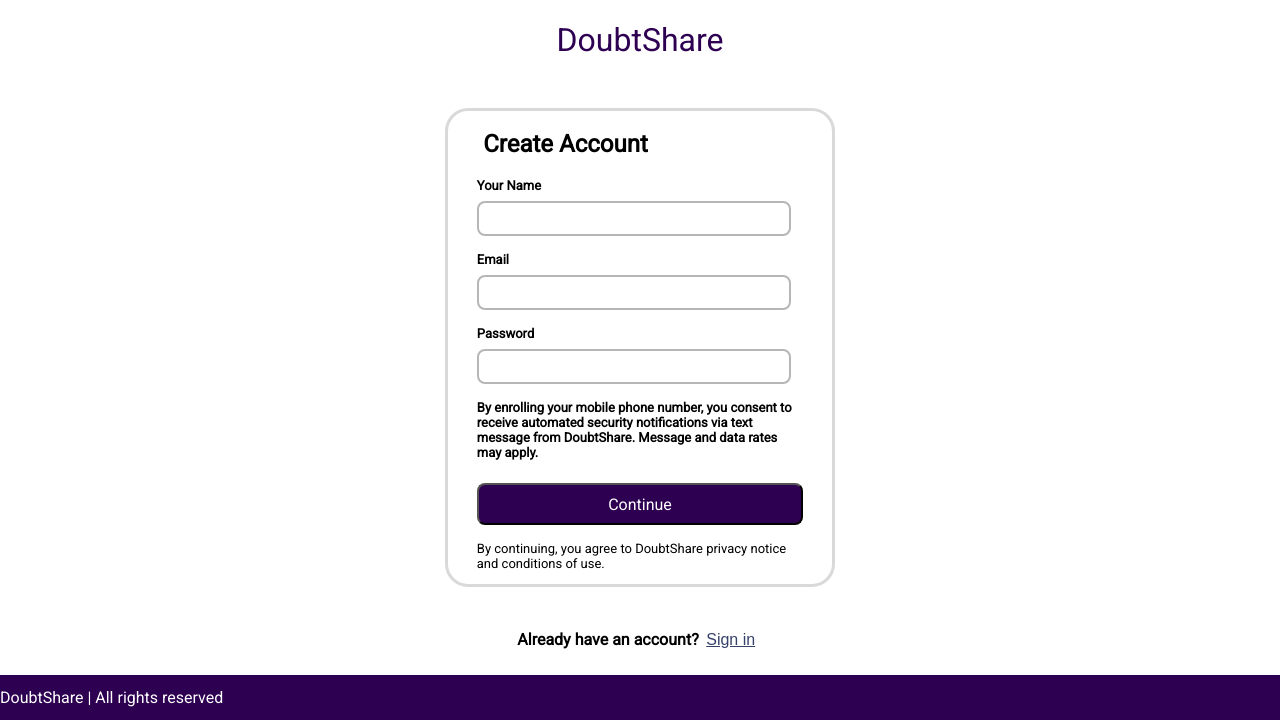
Repository: drumsmanku/doubtshare
Page: /register (app in frontend/)
An editor plug-in stored every save of this project. The page is shown before and after the next save, followed by the edit.
The browser window is 1280 px wide. The pictures show the whole page.
The project was rebuilt for these pictures with package versions that can differ from the ones it lists, and the page was loaded fresh each time. Also part of the build but not shown: frontend/src/App.css, frontend/src/Components/Dashboard/Dashboard.js, frontend/src/Components/Login/Login.js.

Above is the page before, as saved 2023-12-29 23:28:10.

After the next save:
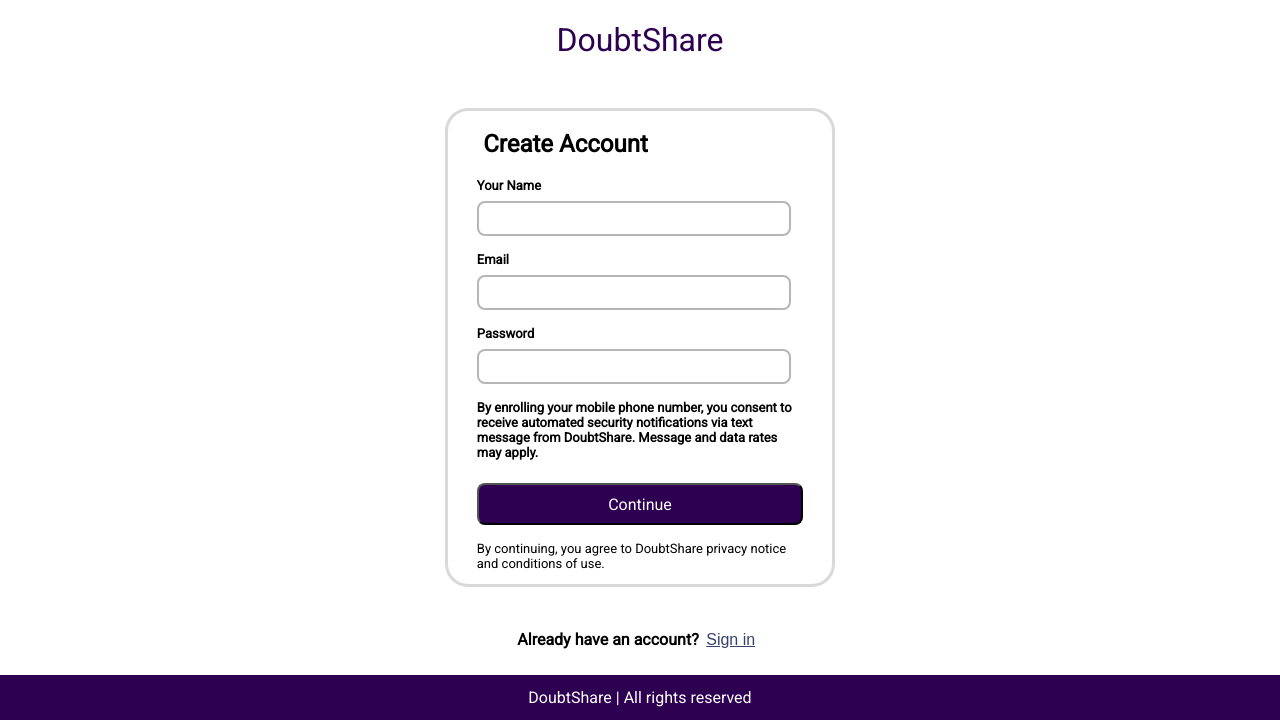
Saved 56 s later.
--- a/frontend/src/Components/Register/Register.js
+++ b/frontend/src/Components/Register/Register.js
@@ -97,7 +97,7 @@ function Register() {
       </form>
       <span style={{fontWeight:'bold', marginTop:'1rem'}}>Already have an account?<button style={{background:'none', color:'#36416A', fontSize:'medium', marginLeft:0, padding:0, width:'4rem', cursor:'pointer', border:'none', textDecoration:'underline'}} onClick={()=>{navigate('/login')}}>Sign in</button></span>
 
-      <footer style={{ backgroundColor:'#2E0052', width:'100%', padding:'0.8rem 0 0.8rem 0', color:'white'}}>
+      <footer style={{ backgroundColor:'#2E0052', width:'100%', padding:'0.8rem 0 0.8rem 0', color:'white', textAlign:'center'}}>
           DoubtShare | All rights reserved
       </footer>
 
